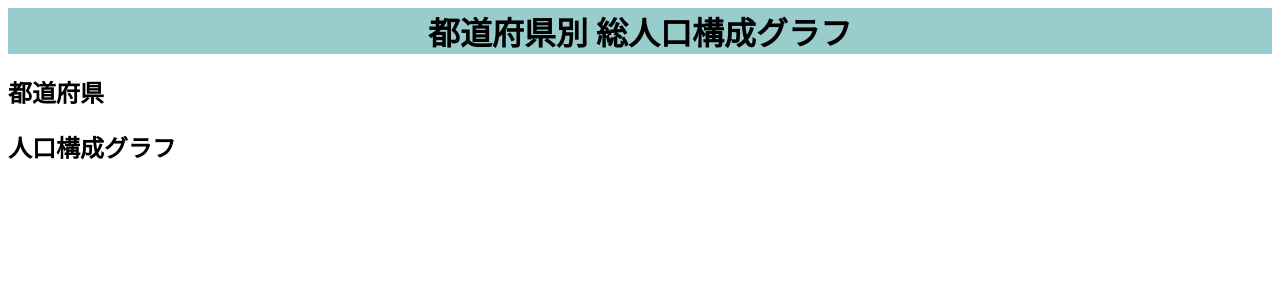
Repository: shisyamoCat/reqriutment-test
Page: /
These files come from the project's save history. The page is drawn as it stood at one moment and after the next save; the edit follows.
The browser window is 1280 px wide. The pictures show the whole page.
The page's requests for data from a server got no answer. The project was rebuilt for these pictures with package versions that can differ from the ones it lists, and the page was loaded fresh each time. No one was signed in, and anything a server would have sent is missing. Also part of the build but not shown: src/components/Pref.jsx.

Above is the page before, as saved 2022-07-07 10:52:09.

After the next save:
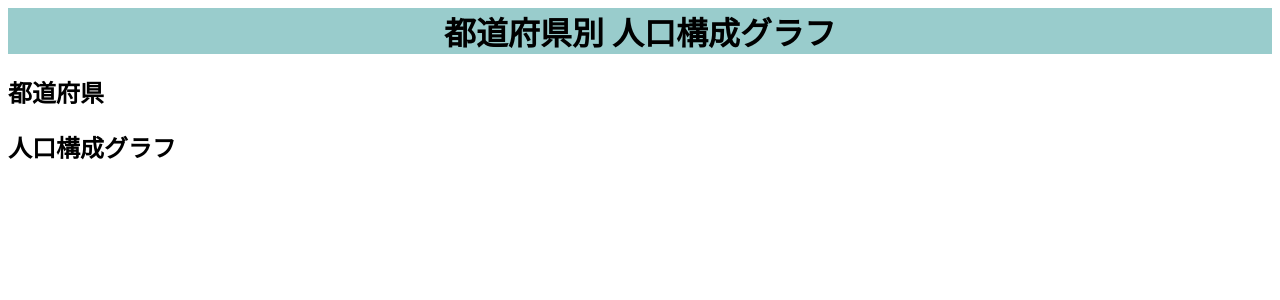
Saved 5 s later.
--- a/src/App.js
+++ b/src/App.js
@@ -61,7 +61,7 @@ export default class App extends React.Component {
         return (
             <div className="wrapper">
                 <header className="header">
-                    <h1 className="h1">都道府県別 総⼈⼝構成グラフ</h1>
+                    <h1 className="h1">都道府県別 人口構成グラフ</h1>
                 </header>
 
                 <main className='container'>
